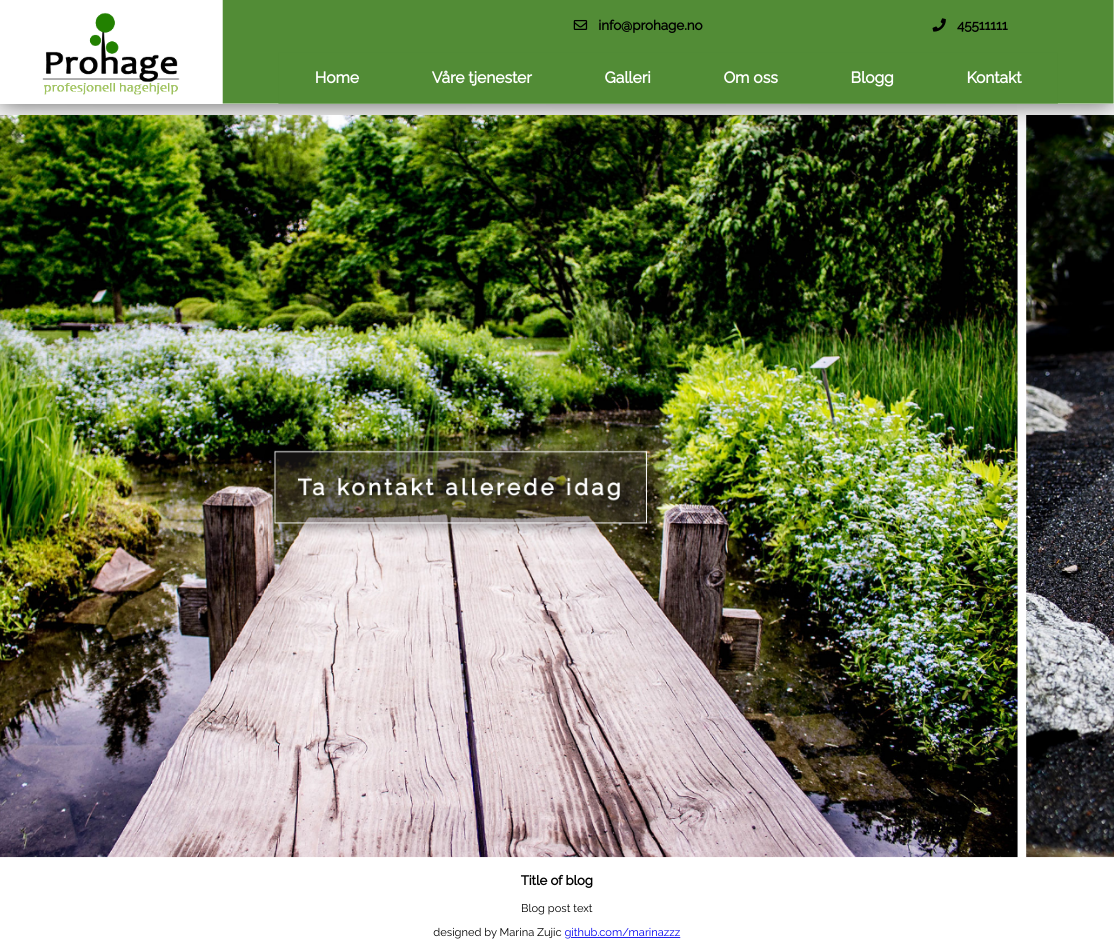
Repository: marinazzz/garden-design-website
Page: index.html
These files come from the project's save history. The page is drawn as it stood at one moment and after the next save; the edit follows.
The browser window is 1280 px wide. The pictures show the whole page, at 87% of full size.

Above is the page before, as saved 2020-03-31 08:42:15.

### index.html
<!DOCTYPE html>
<html lang="nb">
<head>
    <title>Hagedesign Oslo</title>
    <link rel="stylesheet" type="text/css" href="CSS/fontawesome-free-5.12.1-web/css/all.min.css">
    <link rel="stylesheet" type="text/css" href="CSS/style.css"/>
    <link rel="stylesheet" type="text/css" href="CSS/min-width-768px.css">
    <link rel="stylesheet" type="text/css" href="CSS/min-width-992px.css">
    <link rel="stylesheet" href="https://cdnjs.cloudflare.com/ajax/libs/animate.css/3.7.2/animate.min.css">
    <link rel="stylesheet" type="text/css" href="PLUGINS/glide-master/dist/css/glide.core.min.css" />
    <link rel="stylesheet" type="text/css" href="PLUGINS/glide-master/dist/css/glide.theme.min.css" />
    <link href="https://fonts.googleapis.com/css?family=Raleway&display=swap" rel="stylesheet">
    <meta name="viewport" content="width=device-width, initial-scale=1" charset="UTF-8">
</head>
<body>
    <header class="header--white-green">
        <div class="wrapper">
        <div class="container__menu--small container__menu container--max-width"> <!--grid container-->
            <div class="container__logo"> <!--1.column-->
                <img class="logo"src="images/prohage black.png" alt="Prohage logo">
            </div>
            <div class="container__items--small container__items"> <!--2.column-->
                <div class="container__item"> <!--1.row-->
                     <a href="mailto:info@prohage.no"
                         class ="container__item-txt"><i class="far fa-envelope"></i>info@prohage.no</a>
                     <a href="tlf:45511111"
                         class="container__item-txt"><i class="fas fa-phone"></i>45511111</a>
                </div>
               <div class="container__item-bottom"> <!--2.row-->
                   <button class="menu__toggle">
                       <i class="fas fa-bars"></i>
                   </button>
                   <nav id="menu">
                        <ul class="menu__list">
                            <li class="menu__item">
                                <a class="menu__link" href="home">Home</a>
                            </li>
                            <li class="menu__item">
                                <a class="menu__link" href="#services">Våre tjenester</a>
                            </li>
                            <li class="menu__item">
                                <a class="menu__link" href="#gallery">Galleri</a>
                            </li>
                            <li class="menu__item">
                                <a class="menu__link" href="#about">Om oss</a>
                            </li>
                            <li class="menu__item">
                                <a class="menu__link" href="#blog">Blogg</a>
                            </li>
                            <li class="menu__item">
                                <a class="menu__link" href="kontakt">Kontakt</a>
                            </li>
                       </ul>
                   </nav>
               </div>
            </div>
            </div>
        </div>
        <section id="main-photo">
            <div class="glide">
                <div class="glide__track"
                     data-glide-el="track">
                    <ul class="glide__slides">
                        <li class="glide__slide">
                            <img class="main-photo__item"
                                 srcset="images/daylight-environment-garden-2000.jpg 2000w,
                                         images/daylight-environment-garden-1000.jpg 1000w"
                                 sizes="(min-width: 1440px) 2000px, 100vw"
                                 src="images/daylight-environment-garden-2000.jpg" alt="Garden and plants" />
                                 <h1 class="main-photo__title">Profesjonell hagehjelp</h1>
                        </li>
                        <li class="glide__slide">
                            <img class="main-photo__item"
                                 srcset="images/main-header-photo-2000.jpg 2000w,
                                          images/main-header-photo-1000.jpg 1000w"
                                 sizes="(min-width: 1440px) 2000px, 100vw"
                                 src="images/main-header-photo-2000.jpg" alt="Garden and plants" />
                                 <h1 class="main-photo__title">Ta kontakt allerede idag</h1>
                                </li>
                        <li class="glide__slide">
                            <img class="main-photo__item"
                                 srcset="images/header-photo-2000.jpg 2000w,
                                         images/header-photo-1000.jpg 1000w"
                                 sizes="(min-width: 1440px) 2000px, 100vw"
                                 src="images/header-photo-2000.jpg" alt="Garden designed by proffesional" />
                                 <h1 class="main-photo__title">Rådgiving og tipser</h1>
                        </li>
                        <li class="glide__slide">
                            <img class="main-photo__item"
                                 srcset="images/bloom-blooming-blur-2000.jpg 2000w,
                                         images/bloom-blooming-blur-1000.jpg 1000w"
                                 sizes="(min-width: 1440px) 2000px, 100vw"
                                 src="images/bloom-blooming-blur-2000.jpg" alt="Garden designed by proffesional" />
                                 <h1 class="main-photo__title">Følg vår hageblogg</h1>
                        </li>
                    </ul>
                </div>
                <!--<div class="glide__arrows"
                         data-glide-el="controls">
                        <button class="glide__arrow glide__arrow--left"
                                data-glide-dir="<">
                            <i class="fas fa-chevron-circle-left"></i>
                        </button>
                        <button class="glide__arrow glide__arrow--right"
                                data-glide-dir=">">
                            <i class="fas fa-chevron-circle-right"></i>
                        </button>
                    </div>-->
            </div>

            <!--<img class="main-photo__item1"
                 srcset="images/architecture-clouds-daylight-2000.jpg 2000w,
                         images/architecture-clouds-daylight-1000.jpg 1000w"
                 sizes="(min-width: 1440px) 2000px, 100vw"
                 src="images/architecture-clouds-daylight-2000.jpg" alt="Garden">
            <img class="main-photo__item2"
                 srcset="images/header-photo-2000.jpg 2000w,
                         images/header-photo-1000.jpg 1000w"
                 sizes="(min-width: 1440px) 2000px, 100vw"
                 src="images/header-photo-2000.jpg" alt="Garden designed by proffesional" >
            <img class="main-photo__item3"
                 srcset="images/main-header-photo-2000.jpg 2000w,
                         images/main-header-photo-1000.jpg 1000w"
                 sizes="(min-width: 1440px) 2000px, 100vw"
                 src="images/main-header-photo-2000.jpg" alt="Garden and plants" >
            <h1 class="main-photo__title">Profesjonell hagehjelp</h1>-->
        </section>
     </header>
     <main>
         <section id="services">

         </section>
         <section id="gallery">

        </section>
         <article id="blog-posts">
             <h3>Title of blog</h2>
             <p>Blog post text</p>
         </article>
         <section id="about oss">

        </section>
     </main>
     <footer>
	     <p>designed by Marina Zujic
		     <a href="https://github.com/marinazzz">github.com/marinazzz</a>
	     </p>
     </footer>
     <script src="PLUGINS/glide-master/dist/glide.min.js"></script>
     <script>
        new Glide('.glide', {
            type: 'carousel',
            autoplay: true,
            hoverpause: false,
            perView: 1,
            direction: 'rtl',
            animationDuration: 10000
        }).mount()
      </script>
     <script src="JS/js-app.js"></script>
</body>
</html>

### CSS/style.css
html {
  font-size: 62.5%;
}

body {
  margin: 0;
  padding: 0;
  text-align: center;
  box-sizing: border-box;
  font-family: 'Raleway', sans-serif;
}

       /*__ HEADER__ */

/*color styles*/
.header--white-green {
  --header-bg-color: #528C36;
  --header-link-color: black;
  --header-menu-link: #fff;
  --header-toggle-color: #528C36;
}

/*main style*/
.container__menu--small {
  display: flex;
  justify-content: space-around;
  box-shadow: 0 0 2rem 0 rgba(0, 0, 0, 0.24), 0 0 30rem 0 rgba(0, 0, 0, 0.2);
}

.logo {
  max-height: 8rem;
  background: white;
}

.container__items--small {
  display: grid;
  grid-template-rows: 1fr 1fr;
  align-content: flex-end;
  width: 250px;
}

.container__item {
  align-self: center;
}

.container__item,
.container__item-bottom {
  text-align: end;
}

.container__item-txt {
  color: var(--header-link-color);
  text-decoration: none;
  font-size: 1.2rem;
}

.container__item > a:first-of-type {
  padding-right: 1.6rem;
}

.container__item-bottom > nav {
  text-align: center;
}

.menu__toggle {
  color: var(--header-bg-color);
  box-sizing: border-box;
  border: none;
  background-color: transparent;
  outline: none;
  font-size: 3rem;
  line-height: 0;
  padding: 0.5rem;
  color: var(--header-toggle-color);
  position: relative;
  z-index: 100;
}

.fa-phone,
.fa-envelope {
  margin-right: 1rem;
}


/* MENU */

#menu {
  display: none;
  position: absolute;
  top: auto;
  left: 0;
  width: 100%;
  padding-top: 1rem;
  background-color: var(--header-bg-color);
  z-index: 20;
}

.menu__list {
  padding: 0;
  margin: 0;
  display: flex;
  flex-direction: column;
}

.menu__item {
  display: block;
  margin-bottom: 1rem;
}

.menu__link {
  color: var(--header-menu-link);
  text-decoration: none;
  font-size: 1.4rem;
}

#menu.menu-opened {
  display: block;
}


/*FOR SMALL DEVICES*/

@media screen and (max-width: 420px) {

  .logo {
    max-height: 7rem;
  }

  .container__items--small {
    width: auto;
    align-self: center;
  }

  .container__item > a:first-of-type {
    padding-right: 1.3rem;
  }

  .container__item {
    text-align: center;
  }

  .fa-phone, .fa-envelope {
    margin-right: 0.3rem;
  }
}

/* MAIN PICTURE */

#main-photo {
  width: 100%;
  padding-top: 1rem;
}

.main-photo__title {
  position: absolute;
  color: white;
  background-color:#524a4a3b;
  border: 0.1rem solid white;
  filter: drop-shadow(2px 4px 6px black);
  padding: 2rem;
  margin: 0 auto;
  font-size: 1.5rem;
  letter-spacing: 0.2rem;
  top: 50%;
  left: 50%;
  transform: translate(-50%, -50%);
}



/* GLIDE SLIDER CSS OVERRIDES */

.glide__slides {
  margin: 0;
}

.glide__slide {
  position: relative;
}

/*#main-photo .glide__arrow  {
  font-size: 4rem;
  padding: 0;
  border-color: transparent;
  box-shadow: none;
  border-radius: 50%;
  line-height: 0;
  transition: all 200ms ease-in-out;
}

#main-photo .glide__arrow:hover {
  border-color: #252525;
  color: #252525;
}*/



/*#main-photo {
  position: relative;
}

.main-photo__item {
   width: 100%;
}

.main-photo__title {
  position: absolute;
  bottom: 1rem;
  left: 20rem;
  font-size: 2rem;
}*/



/*1. COLOR OPTION*/
/* CSS variables*/
/* :root {
  --header-bg-color: #4daa57;
  --header-top-bg-color: #252525;
  --header-toggle-color: #fff;
}*/

/*.top-header__item {
  color: var(--header-link-color);
  text-decoration: none;
  font-size: 1.4rem;
}*/


/*------MAIN----------*/

### CSS/min-width-768px.css
@media screen and (min-width: 768px) {

  html {
    font-size: 70%;
  }

   /* HEADER */


   .container__menu,
   .container__items {
    display: grid;
   }

   .container__menu {
    grid-template-columns: 2fr 80%;
    box-shadow: 0 0 2rem 0 rgba(0, 0, 0, 0.62), 0 0 30rem 0 rgba(0, 0, 0, 0.19);
  }

  .container__items {
    grid-template-rows: 1fr 1fr;
    background: var(--header-bg-color);
    width: auto;
  }

  .container__item,
  .container__item-bottom {
    display: flex;
  }

  .container__item {
    align-self: center;
    justify-content: space-around;
    /*padding-left: 23rem;*/
  }

  .container__item-bottom {
    align-items: center;
  }

  .menu__toggle {
    display: none;
  }

  /* NAVIGATION */

  #menu,
  .menu-opened .menu__item .menu__link {
    display: block;
  }

  #menu {
    position: static;
    padding: 0;
    top: 0;
  }

  #menu,
  .menu_list {
    height: 100%;
  }

  .menu__list {
    height: 100%;
    flex-direction: row;
    justify-content: center;
    align-items: center;
  }

  .menu__item {
    height: 100%;
    display: block;
    flex-grow: 1;
    margin: 0;
    line-height: 4.5rem;
  }

  .menu__item:hover {
    background-color:#272727;
  }

  .menu__link:active {
    color:black;
  }

  .menu__link,
  .container__item-txt {
    font-weight: bold;
  }

  /* color styles */

  :root {
    /*header*/
    --header-bg-color:#528C36;
    --link-color: #FCFDF9;
  }

  /* MAIN PHOTO */

  .main-photo__title {
    font-size: 2rem;
    letter-spacing: 0.3rem;
}

}

### CSS/min-width-992px.css
@media screen and (min-width: 992px) {
    html {
        font-size: 80%;
    }

    /*.container--max-width {
        max-width: 1012px;
        margin: auto;
        padding: 0 10rem 0 10rem;
    }*/



    .container__items {
        width: auto;
    }

    .container__item {
        padding-left: 22rem;;
    }

    .container__item-bottom,
    .container__items {
        padding: 0;
    }





   /* HEADER */

    .logo {
        max-height: 9rem;
    }



    .container__item-bottom {
        padding: 0 5rem;
    }
}

@media screen and (min-width: 1440px) {

    /* HEADER */
    .container__menu {
        max-width: 1500px;
        margin: 0 auto;
    }

    #menu {
        padding-left: 40rem;
    }

    .container__item {
        padding-left: 47rem;;
    }





    /* MAIN PHOTO */

    .main-photo__title {
        font-size: 3rem;
        letter-spacing: 0.5rem;
    }
}

@media screen and (min-width: 2560px) {

    .logo {
        max-height: 12rem;
    }

    .container__item {
        justify-self: center;
    }

    .container__item > a:first-of-type {
        padding: 0 13rem;
    }

    .container__item-bottom {
        padding: 0 40rem;
    }

    /*content on middle*/

    .container__menu {
        max-width: 2000px;
        margin: 0 auto;
    }

    .container__items {
        width: auto;
    }

    .container__item-bottom,
    .container__items {
        padding: 0;
    }

    #menu,
    .container__item {
        padding-left: 50rem;
    }
}

Loaded but not shown: CSS/fontawesome-free-5.12.1-web/css/all.min.css (library); PLUGINS/glide-master/dist/css/glide.core.min.css (common file); PLUGINS/glide-master/dist/css/glide.theme.min.css (common file); PLUGINS/glide-master/dist/glide.min.js (library); JS/js-app.js (no copy from this time; the picture is the same without it)

After the next save:
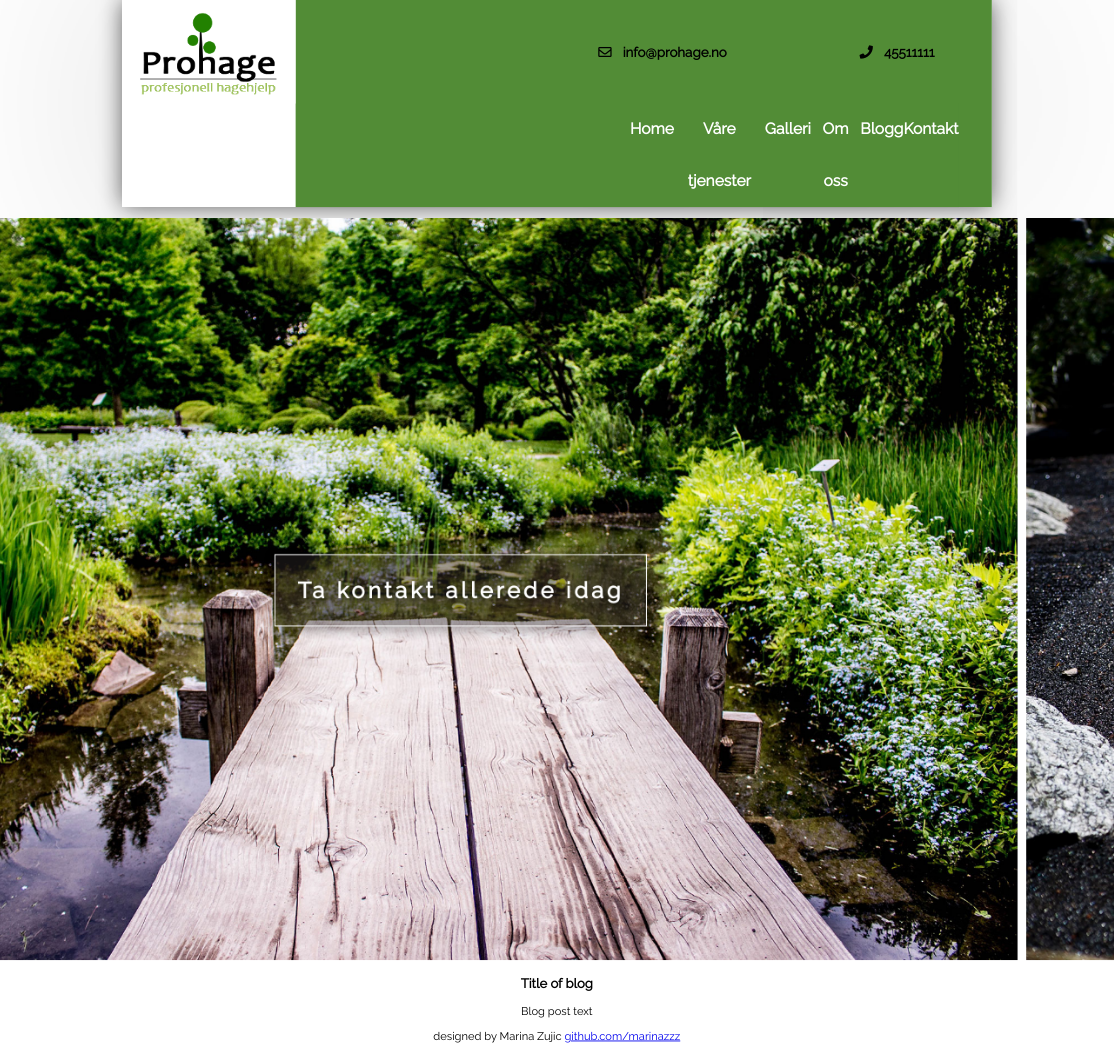
Saved 7 min 59 s later.
--- a/CSS/min-width-992px.css
+++ b/CSS/min-width-992px.css
@@ -9,7 +9,10 @@
         padding: 0 10rem 0 10rem;
     }*/
 
-
+    .container__menu {
+        max-width: 1000px;
+        margin: 0 auto;
+    }
 
     .container__items {
         width: auto;
@@ -24,7 +27,9 @@
         padding: 0;
     }
 
-
+    #menu {
+        padding-left: 30rem;
+    }
 
 
 
@@ -37,7 +42,7 @@
 
 
     .container__item-bottom {
-        padding: 0 5rem;
+        padding-right: 3rem;
     }
 }
 

After the save that followed:
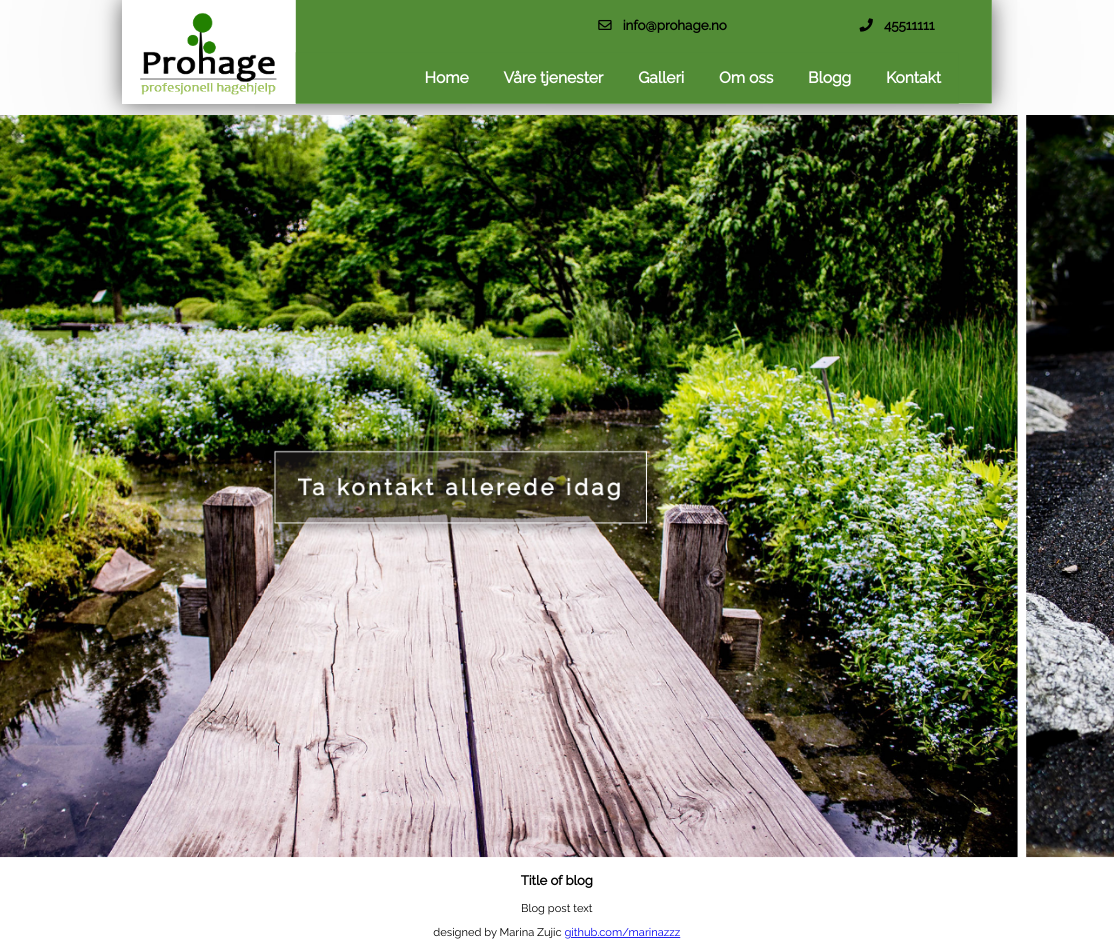
Saved 5 min 40 s later.
--- a/CSS/min-width-992px.css
+++ b/CSS/min-width-992px.css
@@ -28,7 +28,7 @@
     }
 
     #menu {
-        padding-left: 30rem;
+        padding-left: 10rem;
     }
 
 
